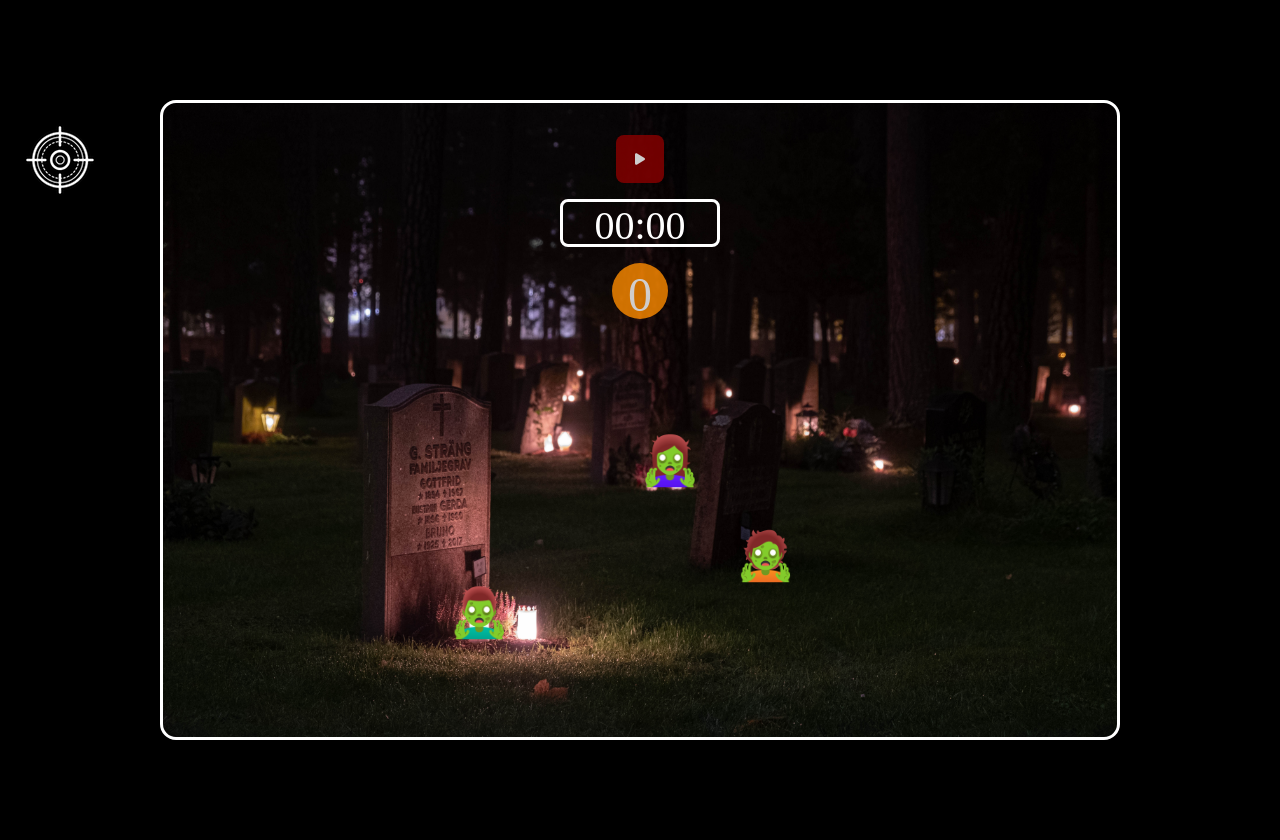
Repository: MrJinkyu/ZombieGame
Page: index.html
An editor plug-in stored every save of this project. The page is shown before and after the next save, followed by the edit.
The browser window is 1280 px wide. The pictures show the whole page.
Some web libraries are served in a nearby version.

Above is the page before, as saved 2023-04-09 13:13:07.

After the next save:
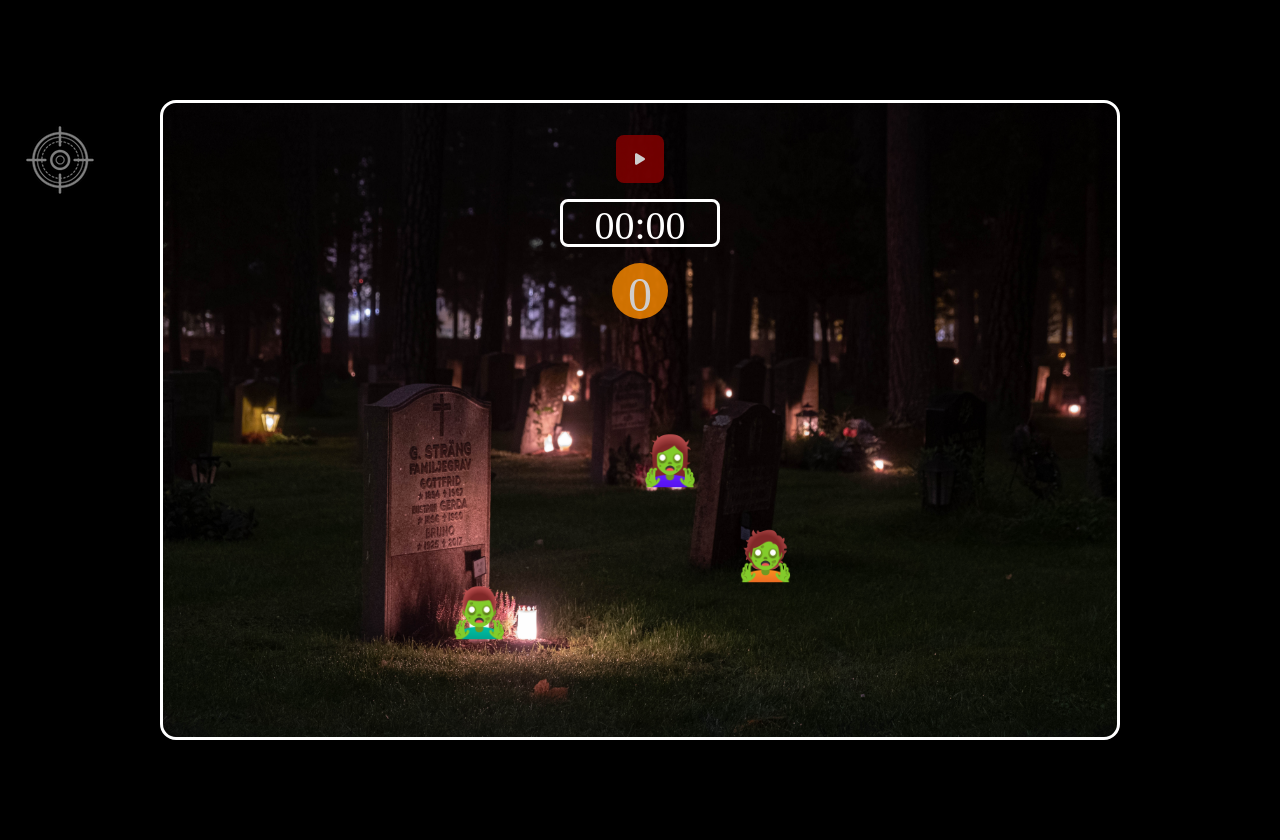
Saved 18 s later.
--- a/style.css
+++ b/style.css
@@ -19,7 +19,7 @@ body{
 
 .game__target{
     position: absolute;
-    z-index: 1;
+    opacity: 0.5;
 }
 
 .game__header{
